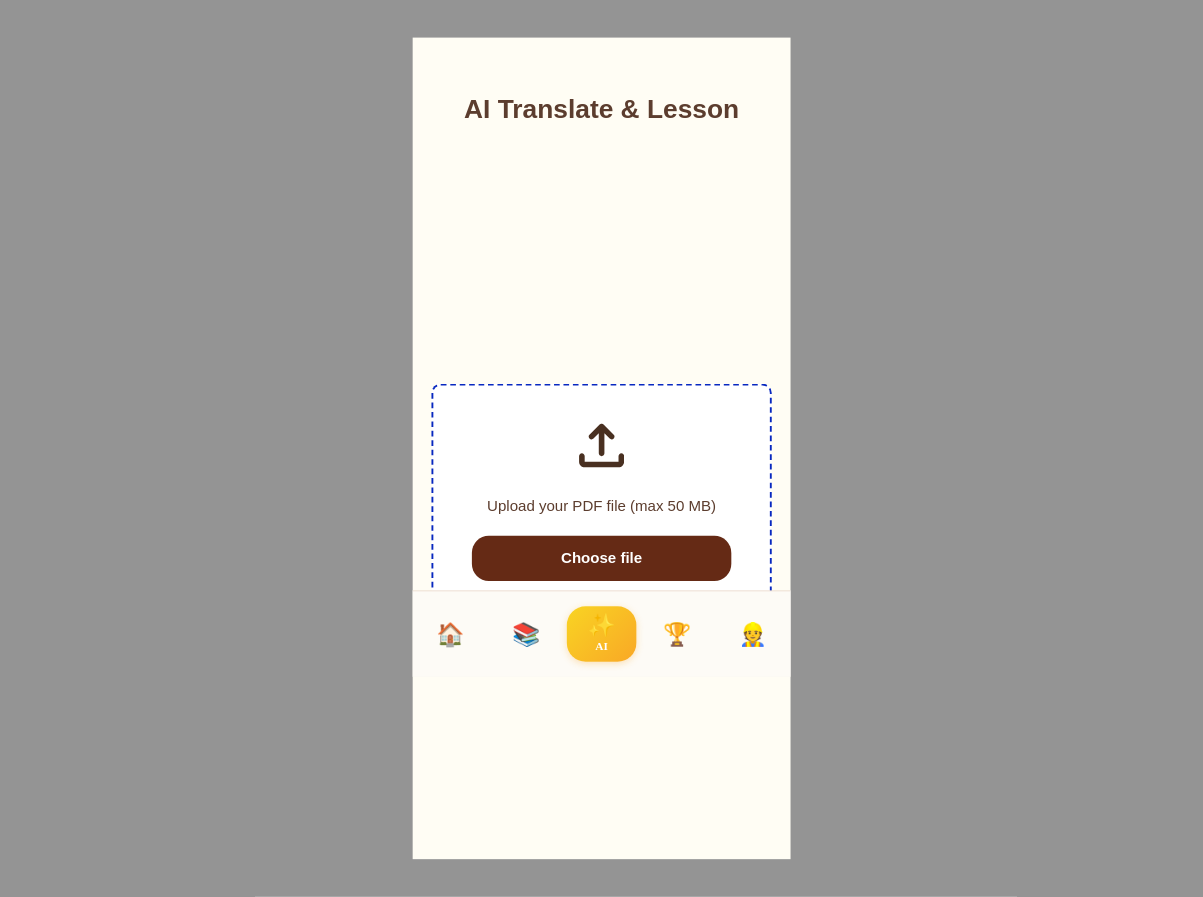
Repository: richelletiongson/Jargon_FrontendShowcase
Page: / (app in jargon_frontend/)
These files come from the project's save history. The page is drawn as it stood at one moment and after a run of saves; the edit follows.
The browser window is 1280 px wide. The pictures show the whole page, at 94% of full size.
The project was rebuilt for these pictures with package versions that can differ from the ones it lists, and the page was loaded fresh each time. Also part of the build but not shown: jargon_frontend/vite.config.js, jargon_frontend/src/index.css, jargon_frontend/src/home_pages/Home.jsx, jargon_frontend/src/course_pages/Course.jsx, jargon_frontend/src/charts_pages/Charts.jsx, jargon_frontend/src/profile_pages/Profile.jsx.

Above is the page before, as saved 2025-10-22 15:30:49.

After the next 2 saves:
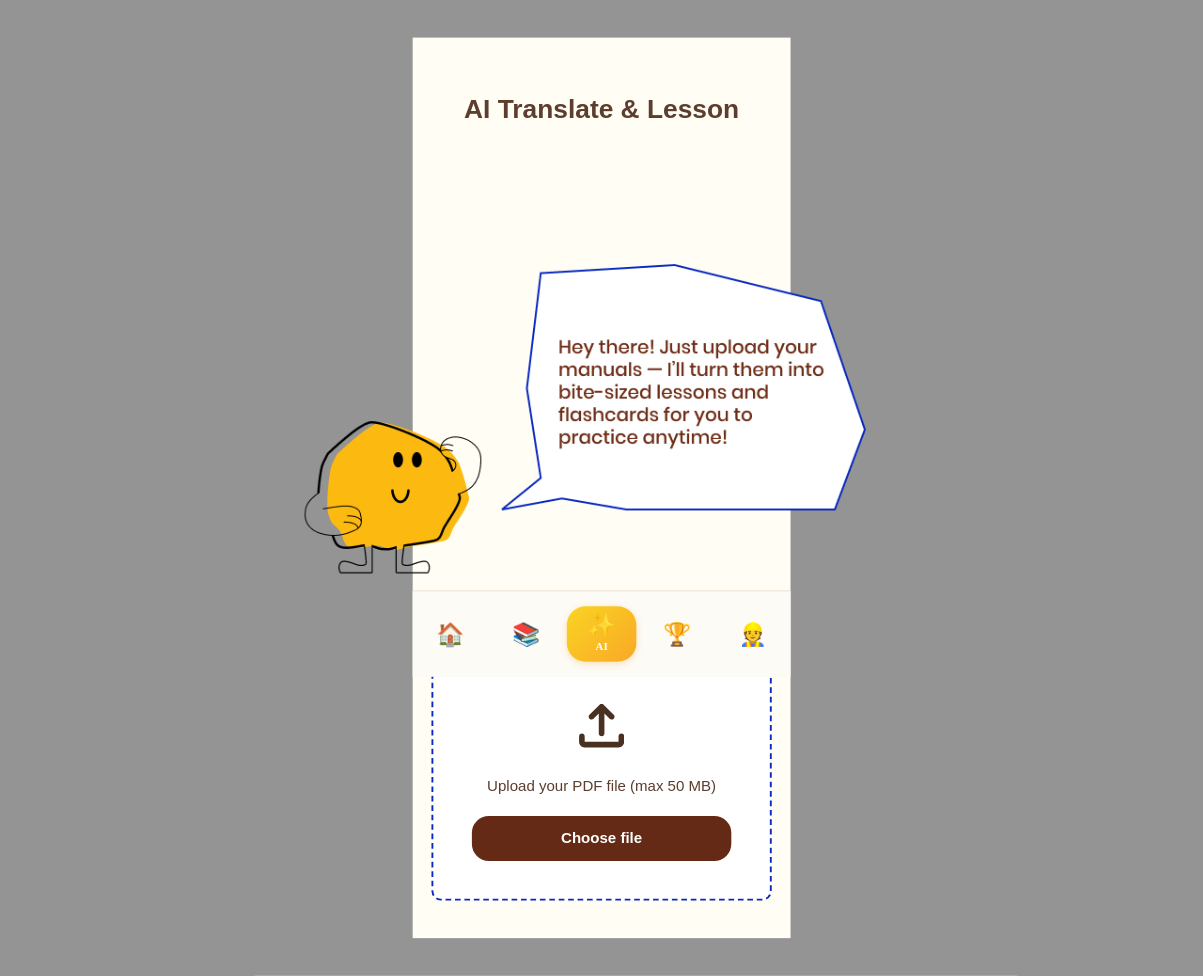
The 2 saves are shown as one change because they came seconds apart.
The last was saved 2 min 15 s later.
--- a/jargon_frontend/src/ai_pages/AI.jsx
+++ b/jargon_frontend/src/ai_pages/AI.jsx
@@ -1,6 +1,7 @@
 import React, { useState } from 'react';
 import './AI.css';
 import UploadIcon from '../assets/Upload_Icon.svg';
+import RockyImage from '../assets/AI_Rocky.PNG';
 
 const AI = () => {
   const [selectedFile, setSelectedFile] = useState(null);
@@ -18,7 +19,7 @@ const AI = () => {
       {/* Main Content */}
       <div className="main-content">
         <div className='rocky-container'>
-
+          <img src={RockyImage} alt="Rocky" className="rocky-image" />
         </div>
         <div className="file-upload-container">
           <div className="file-upload-area">
